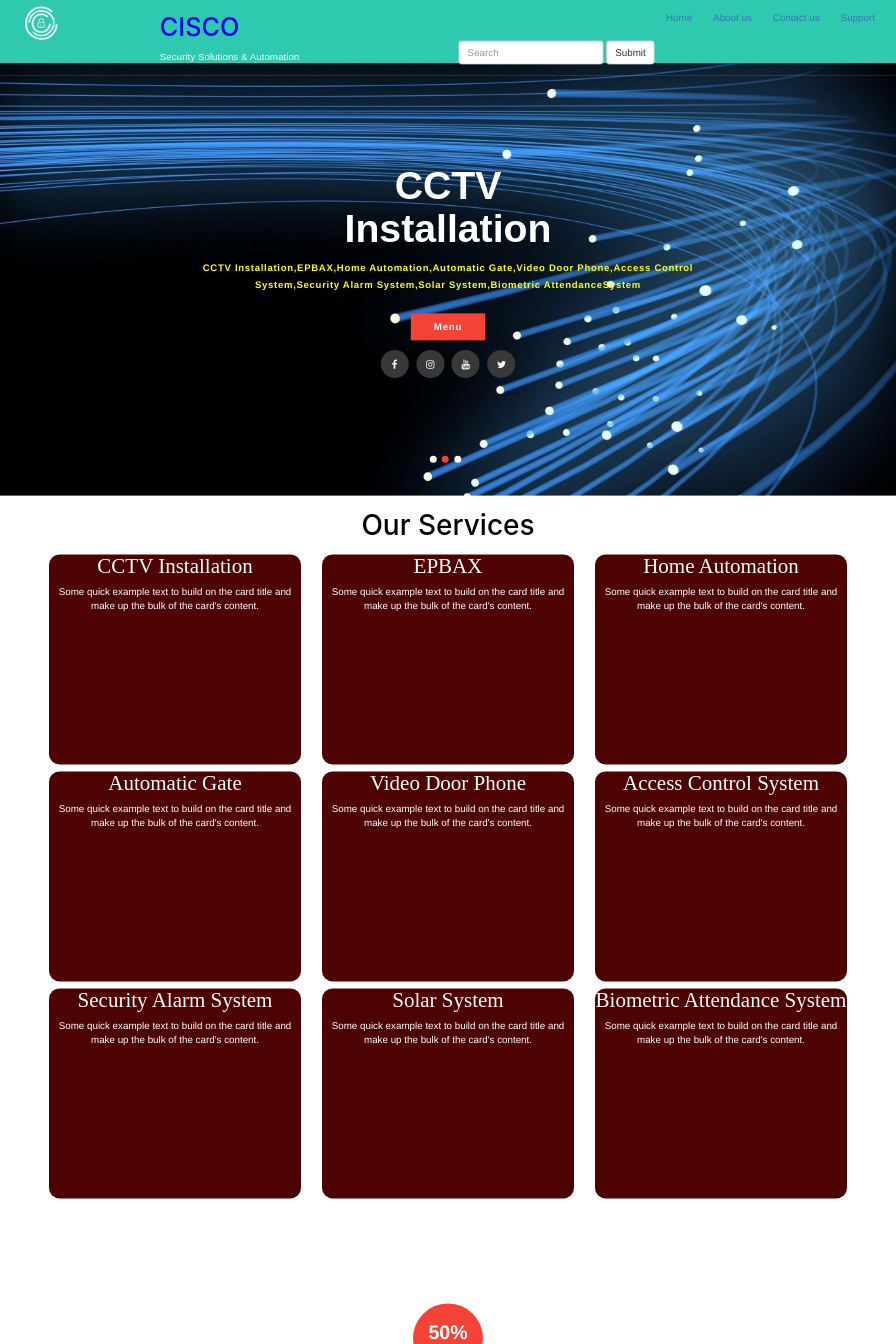
Repository: Nuhman123/Cisco
Page: index.html
These files come from the project's save history. The page is drawn as it stood at one moment and after a run of saves; the edit follows.
The browser window is 1280 px wide. The pictures show the part of the page from y = 0 to 1920 px (the page is 3132 px tall), at 70% of full size.
Some web libraries are served in a nearby version.

Above is the page before, as saved 2021-04-09 10:26:59.

After the next 3 saves:
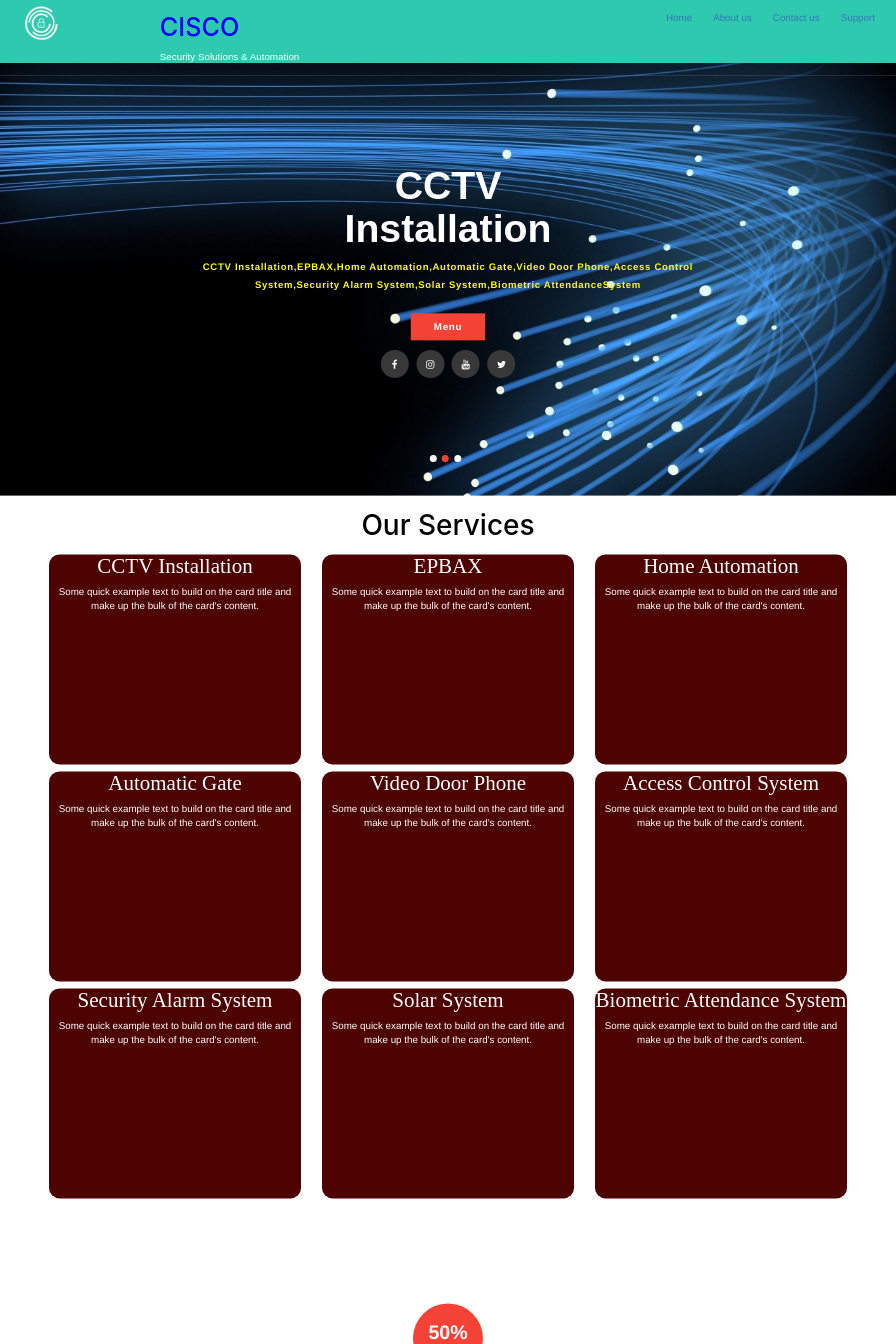
The 3 saves are shown as one change because they came seconds apart.
The last was saved 29 s later.
--- a/index.html
+++ b/index.html
@@ -86,12 +86,6 @@
 				        <li><a href="#">Contact us</a></li>
 				        <li><a href="#">Support</a></li>
 				    </ul>
-				    <form class="navbar-form navbar-left" role="search">
-					  <div class="form-group">
-					    <input type="text" class="form-control" placeholder="Search">
-					  </div>
-					  <button type="submit" class="btn btn-default">Submit</button>
-					</form>
 	    		</div>
 	    	</div>
 	</header>
